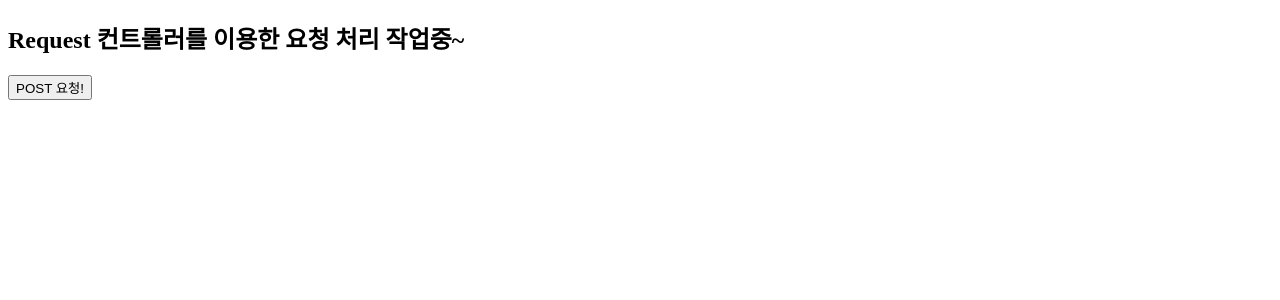
Repository: yoonbeens/spring_basic
Page: http://localhost/SpringWebBasic/request/req
These files come from the project's save history. The page is drawn as it stood at one moment and after the next save; the edit follows.
The browser window is 1280 px wide. The pictures show the whole page.
The page is served by Tomcat 9.

Above is the page before, as saved 2023-05-11 05:43:49.

After the next save:
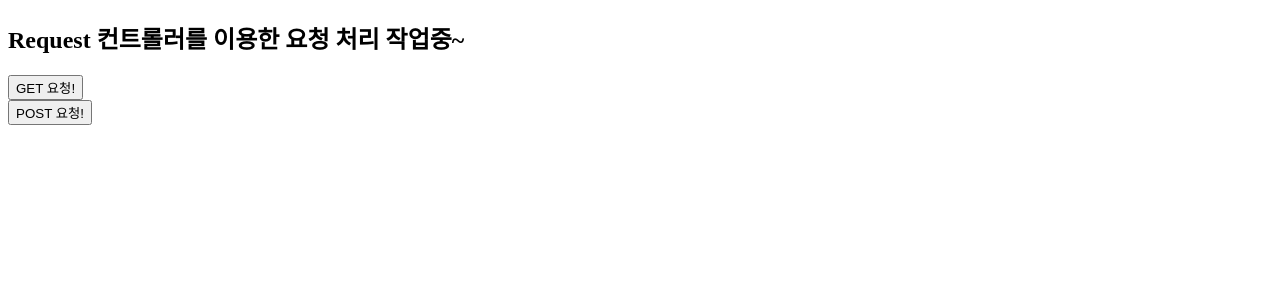
Saved 2 min 44 s later.
--- a/SpringWebBasic/src/main/webapp/WEB-INF/views/request/req-ex01.jsp
+++ b/SpringWebBasic/src/main/webapp/WEB-INF/views/request/req-ex01.jsp
@@ -10,7 +10,11 @@
 
 	<h2>Request 컨트롤러를 이용한 요청 처리 작업중~</h2>
 	<form action="/basic/request/basic01">
-		<input type="submit" value="POST 요청!">
+		<input type="submit" value="GET 요청!">
+	</form>
+
+	<form action="/basic/request/basic01">
+		<input type="submit" value="POST 요청!" method="post">
 	</form>
 
 
